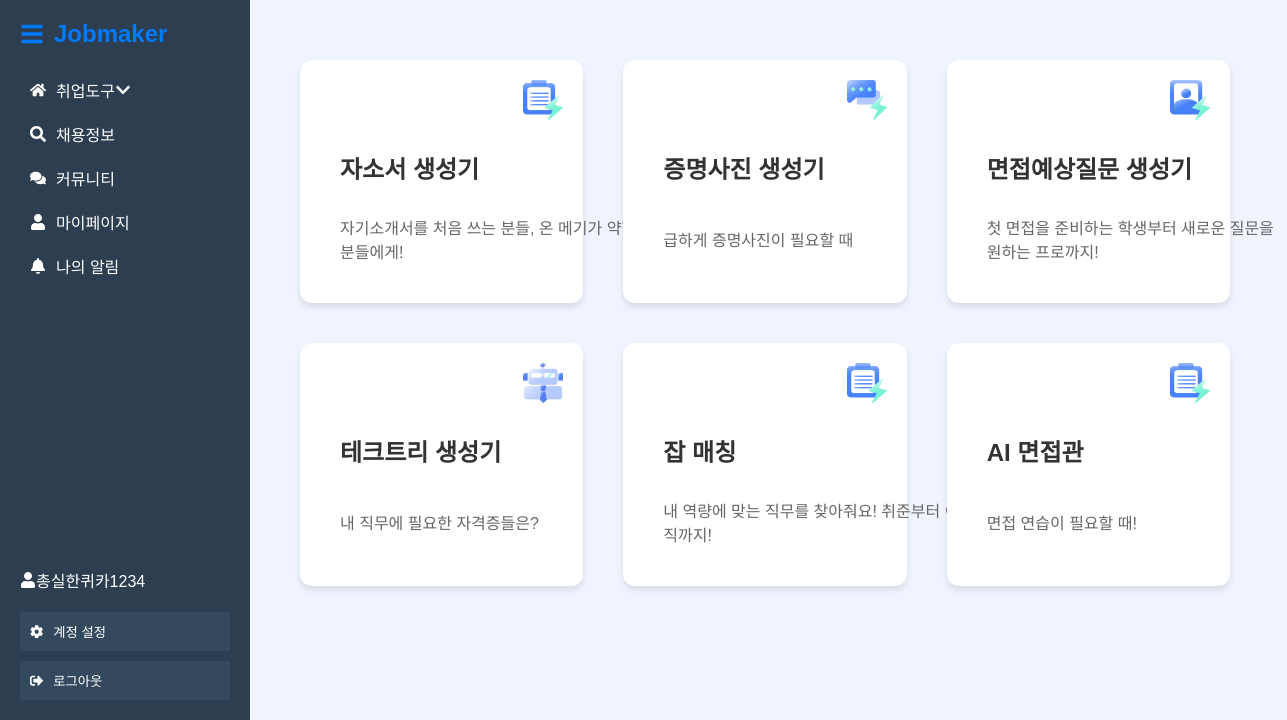
Repository: HSfac/jobmaker
Page: /main
An editor plug-in stored every save of this project. The page is shown before and after the next save, followed by the edit.
The browser window is 1280 px wide. The page is 1287 px wide, so the pictures cover 1287 px, including what lies to the right of the window. The pictures show the whole page.
The project was rebuilt for these pictures with package versions that can differ from the ones it lists, and the page was loaded fresh each time. Also part of the build but not shown: src/components/Header.jsx, src/components/Footer.css, src/components/Footer.jsx, src/pages/LandingPage.jsx, src/pages/InfosPage.jsx, src/pages/CommunityPage.jsx, src/pages/MyPage.jsx, src/components/SocialLoginButton.css and 15 more.

Above is the page before, as saved 2024-07-13 18:03:56.

### src/App.js
import React from 'react';
import { BrowserRouter as Router, Route, Routes } from 'react-router-dom';
import MainPage from './pages/MainPage';
import LandingPage from './pages/LandingPage';
import InfosPage from './pages/InfosPage';
import CommunityPage from './pages/CommunityPage';
import MyPage from './pages/MyPage';
import LoginPage from './pages/LoginPage';
import SignupPage from './pages/SignupPage';
import EmailSignupPage from './pages/EmailSignupPage';

import ResumeGeneratorPage from './pages/tools/ResumeGeneratorPage';
import PhotoGeneratorPage from './pages/tools/PhotoGeneratorPage';
import InterviewQuestionsGeneratorPage from './pages/tools/InterviewQuestionsGeneratorPage';
import TechTreeGeneratorPage from './pages/tools/TechTreeGeneratorPage';
import JobMatchingPage from './pages/tools/JobMatchingPage';
import AIInterviewerPage from './pages/tools/AIInterviewerPage';

import MainLayout from './layouts/MainLayout'; // 새로 생성한 레이아웃 컴포넌트
import './App.css';

function App() {
  return (
    <Router>
      <div className="App">
        <Routes>
          <Route path="/" element={<LandingPage />} />
          <Route path="/login" element={<LoginPage />} />
          <Route path="/signup" element={<SignupPage />} />
          <Route path="/email-signup" element={<EmailSignupPage />} />
          <Route element={<MainLayout />}>
            <Route path="/main" element={<MainPage />} />
            <Route path="/infos" element={<InfosPage />} />
            <Route path="/community" element={<CommunityPage />} />
            <Route path="/mypage" element={<MyPage />} />
            <Route path="/tools/resume-generator" element={<ResumeGeneratorPage />} />
            <Route path="/tools/photo-generator" element={<PhotoGeneratorPage />} />
            <Route path="/tools/interview-questions-generator" element={<InterviewQuestionsGeneratorPage />} />
            <Route path="/tools/tech-tree-generator" element={<TechTreeGeneratorPage />} />
            <Route path="/tools/job-matching" element={<JobMatchingPage />} />
            <Route path="/tools/ai-interviewer" element={<AIInterviewerPage />} />
          </Route>
        </Routes>
      </div>
    </Router>
  );
}

export default App;

### src/pages/MainPage.jsx
import React from 'react';
import ToolCard from '../components/ToolCard';
import './MainPage.css';

// 이미지 파일 import
import icon1 from '../assets/images/icons/icon2.png';
import icon2 from '../assets/images/icons/icon3.png';
import icon3 from '../assets/images/icons/icon4.png';
import icon4 from '../assets/images/icons/icon5.png';
import icon5 from '../assets/images/icons/icon2.png';
import icon6 from '../assets/images/icons/icon2.png';

const tools = [
  {
    title: "자소서 생성기",
    description: "자기소개서를 처음 쓰는 분들, 온 메기가 약한 분들에게!",
    image: icon1,
    link: "/tools/resume-generator",
  },
  {
    title: "증명사진 생성기",
    description: "급하게 증명사진이 필요할 때",
    image: icon2,
    link: "/tools/photo-generator",
  },
  {
    title: "면접예상질문 생성기",
    description: "첫 면접을 준비하는 학생부터 새로운 질문을 원하는 프로까지!",
    image: icon3,
    link: "/tools/interview-questions-generator",
  },
  {
    title: "테크트리 생성기",
    description: "내 직무에 필요한 자격증들은?",
    image: icon4,
    link: "/tools/tech-tree-generator",
  },
  {
    title: "잡 매칭",
    description: "내 역량에 맞는 직무를 찾아줘요! 취준부터 이직까지!",
    image: icon5,
    link: "/tools/job-matching",
  },
  {
    title: "AI 면접관",
    description: "면접 연습이 필요할 때!",
    image: icon6,
    link: "/tools/ai-interviewer",
  },
];

const MainPage = () => {
  return (
    <div className="main-page">
      <div className="content">
        {tools.map((tool, index) => (
          <ToolCard
            key={index}
            title={tool.title}
            description={tool.description}
            image={tool.image}
            link={tool.link}
          />
        ))}
      </div>
    </div>
  );
};

export default MainPage;

### src/layouts/MainLayout.jsx
import React from 'react';
import { Outlet } from 'react-router-dom';
import Sidebar from '../components/Sidebar';
//import './MainLayout.css';

const MainLayout = () => {
  return (
    <div className="main-layout">
      <Sidebar />
      <div className="page-content">
        <Outlet />
      </div>
    </div>
  );
};

export default MainLayout;

### src/App.css
.App {
  font-family: sans-serif;
  text-align: center;
  height: 100vh;
  display: flex;
  flex-direction: column;
}

.main-content {
  display: flex;
  flex: 1;
}

.page-content {
  flex: 1;
  padding: 20px;
  margin-left: 250px; /* 사이드바의 넓이만큼 왼쪽 여백을 설정 */
  transition: margin-left 0.3s;
}

.sidebar.closed + .page-content {
  margin-left: 80px; /* 사이드바가 닫혔을 때 여백 설정 */
}

### src/components/ToolCard.jsx
import React from 'react';
import { useNavigate } from 'react-router-dom';
import './ToolCard.css';

const ToolCard = ({ title, description, image, link }) => {
  const navigate = useNavigate();

  const handleClick = () => {
    navigate(link);
  };

  return (
    <div className="tool-card" onClick={handleClick}>
      <div className="card-header">
        <img src={image} alt={title} className="icon" />
      </div>
      <div className="content">
        <h3>{title}</h3>
        <p>{description}</p>
      </div>
    </div>
  );
};

export default ToolCard;

### src/pages/MainPage.css
.main-page {
  display: flex;
  justify-content: center;
  align-items: center;
  width: 100%;
}

.content {
  display: grid;
  grid-template-columns: repeat(auto-fit, minmax(300px, 1fr));
  gap: 20px;
  width: 100%;
  max-width: 1200px;
  padding: 20px;
  box-sizing: border-box;
}

### src/pages/LandingPage.css
/* LandingPage.css */

@font-face {
  font-family: 'Pretendard';
  src: url('../assets/fonts/Pretendard-Regular.ttf') format('truetype');
  font-weight: 400;
}

@font-face {
  font-family: 'Pretendard';
  src: url('../assets/fonts/Pretendard-SemiBold.ttf') format('truetype');
  font-weight: 600;
}
:root {
  --bg-color: #f0f4ff;
  --text-color: #333;
  --primary-color: #3a73e1;
  --secondary-color: #fff;
  --question-bg-color: #4a90e2;
}

[data-theme="dark"] {
  --bg-color: #121212;
  --text-color: #e0e0e0;
  --primary-color: #bb86fc;
  --secondary-color: #333;
  --question-bg-color: #3700b3;
}

body {
  background-color: var(--bg-color);
  color: var(--text-color);
  margin: 0;
  padding: 0;
  font-family: 'Pretendard', sans-serif;
}

.landing-page {
  display: flex;
  flex-direction: column;
  min-height: 100vh;
}

.main-content {
  flex: 1;
  display: flex;
  flex-direction: column;
  align-items: center;
  background-color: var(--primary-color);
  color: var(--secondary-color);
}

.hero {
  display: flex;
  justify-content: space-between;
  align-items: center;
  max-width: 1200px;
  width: 100%;
  padding: 50px;
}


.hero-text h1 {
  font-size: 4em; /* Increased font size */
  font-family: 'Pretendard', sans-serif;
  font-weight: 600; /* SemiBold */
  margin-bottom: 20px;
}

.hero-text p {
  font-family: 'Pretendard', sans-serif;
  font-weight: 400; /* Regular */
}

.hero-text button.primary {
  background-color: var(--secondary-color);
  color: var(--primary-color);
  padding: 10px 20px;
  border: none;
  border-radius: 5px;
  font-size: 1.2em;
  cursor: pointer;
  transition: border-color 0.3s;
}

.hero-text button.primary:hover {
  border: 2px solid var(--primary-color);
}

.hero-images {
  flex: 1;
  display: flex;
  justify-content: center;
  align-items: center;


}

.hero-images img {
  max-width: 100%;
  height: auto;

}

.second-section {
  width: 100%;
  font-size: 1.5em;
  padding: 50px 20px;
  background-color: var(--bg-color);
  color: var(--text-color);
  text-align: center;
  position: relative;
  overflow: hidden;
  font-weight: 700; /* SemiBold */
}

.second-section h2 {
  color: var(--primary-color);
  font-size: 1.5em;
  font-weight: 700; /* SemiBold */
}

.sliding-images {
  display: flex;
  flex-direction: column;
  align-items: center;
  justify-content: center;
  height: 280px; /* Adjust as needed */
  position: relative;
}

.sliding-images img {
  width: 300%; /* Make the images smaller */
  position: absolute;
  animation-duration: 30s; /* Slow down the animation */
  animation-timing-function: linear;
  animation-iteration-count: infinite;
}

.sliding-images img:nth-child(1) {
  top: 0;
  left: -100%;
  animation-name: slide-in-left;
}

.sliding-images img:nth-child(2) {
  top: 50%;
  left: 100%;
  animation-name: slide-in-right;
}

@keyframes slide-in-left {
  0%, 100% {
    left: -100%;
  }
  50% {
    left: 100%;
  }
}

@keyframes slide-in-right {
  0%, 100% {
    left: 100%;
  }
  50% {
    left: -100%;
  }
}

.generators {
  display: flex;
  justify-content: space-around;
  flex-wrap: wrap;
}

.generator-card {
  background-color: var(--secondary-color);
  color: var(--primary-color);
  border-radius: 10px;
  padding: 20px;
  margin: 10px;
  width: 200px;
  cursor: pointer;
  transition: transform 0.2s;
}

.generator-card:hover {
  transform: scale(1.05);
}

.generator-card h3 {
  margin-top: 0;
}

.generator-card p {
  margin: 10px 0 0;
  font-size: 20px;
}

/* 기존 CSS 생략 */

.third-section {

  width: 100%;
  padding: 10px 20px;
  background-color: var(--bg-color);
  color: var(--text-color);
  text-align: center;

}

.third-section h2 {
  font-size: 2.2em;
  color: var(--primary-color);
  font-weight: 700; /* SemiBold */
}

.third-section h3 {
  font-size: 1em;
  font-weight: 600; /* SemiBold */
}

.example-container {
  display: flex;
  flex-wrap: wrap;
  justify-content: center;
  gap: 20px;
  margin-top: 20px;
  flex-direction: column; /* 세로로 배치 */
}

.example-image.left {
  align-self: flex-start;
  margin: 0 50px; /* 이미지 양옆 여백 설정 */
  animation: slide-left 5s infinite;
}

.example-image.center1 {
  align-self: center;
  margin: 0 50px; /* 이미지 양옆 여백 설정 */
}

.example-image.right {
  align-self: flex-end;
  margin: 0 50px; /* 이미지 양옆 여백 설정 */
  animation: slide-right 5s infinite;
}

.example-image.center2 {
  align-self: center;
  margin: 0 50px; /* 이미지 양옆 여백 설정 */
}

@keyframes slide-left {
  0% {
    transform: translateX(0);
  }
  50% {
    transform: translateX(-20px); /* 원하는 슬라이드 거리 설정 */
  }
  100% {
    transform: translateX(0);
  }
}

@keyframes slide-right {
  0% {
    transform: translateX(0);
  }
  50% {
    transform: translateX(20px); /* 원하는 슬라이드 거리 설정 */
  }
  100% {
    transform: translateX(0);
  }
}

/* 기존 CSS 생략 */




.fourth-section {
  width: 100%;
  padding: 50px 20px;
  background-color: var(--bg-color);
  color: var(--text-color);
  text-align: center;
}

.fourth-section h2 {
  font-size: 2.2em;
  color: var(--primary-color);
  font-weight: 700; /* SemiBold */
  margin-bottom: 10px;
}

.fourth-section h3 {
  font-size: 26px;
  font-weight: 700; /* SemiBold */
  margin-bottom: 30px;
}

.sliding-tags {
  overflow: hidden;
  white-space: nowrap;
  box-sizing: border-box;
}

.tags-wrapper {
  display: inline-block;
  animation: slide 45s linear infinite;

}

.tag {
  font-size: 20px;
  display: inline-block;
  background-color: var(--primary-color);
  color: var(--secondary-color);
  padding: 20px 40px;
  margin: 0 10px;
  border-radius: 500px;
  font-weight: 600; /* SemiBold */
}

@keyframes slide {
  0% {
    transform: translateX(100%);
  }
  100% {
    transform: translateX(-100%);
  }
}

.fifth-section {
  width: 100%;
  padding: 50px 20px;
  background-color: var(--bg-color);
  color: var(--text-color);
  text-align: center;
}

.fifth-section h2 {
  margin-top: 70px;
  font-size: 2.2em;
  color: var(--primary-color);
  font-weight: 700; /* SemiBold */
}

.fifth-section h3 {
  font-size: 26px;
  font-weight: 700; /* SemiBold */
  margin-top: 10px;
  margin-bottom: 30px;
}

.pricing-plans {
  display: flex;
  justify-content: center;
  gap: 25px;
  flex-wrap: wrap;
  margin-bottom: 200px;
}

.plan {
  background-color: var(--secondary-color);
  color: var(--primary-color);
  border-radius: 10px;
  padding: 20px;
  margin: 10px;
  width: 250px;
  text-align: center;
}

.plan h3 {
  margin-top: 0;
}

.plan p {
  font-size: 20px;
  font-weight: 700; /* SemiBold */
}

.plan ul {
  list-style: none;
  padding: 0;
}

.plan ul li {
  margin: 10px 0;
}

.plan button.primary {
  background-color: var(--secondary-color);
  color: var(--primary-color);
  padding: 10px 20px;
  border: 2px solid var(--primary-color);
  border-radius: 5px;
  font-size: 1.2em;
  cursor: pointer;
  transition: background-color 0.3s, color 0.3s;
}

.plan button.primary:hover {
  background-color: var(--primary-color);
  color: var(--secondary-color);
}

.footer {
  background-color: var(--primary-color);
  color: var(--secondary-color);
  padding: 20px;
  text-align: center;
  position: relative;
  bottom: 0;
  width: 100%;
  margin-top: auto;
}

### src/components/Sidebar.jsx
import React, { useState } from 'react';
import { FaHome, FaSearch, FaComments, FaUser, FaBell, FaCog, FaSignOutAlt, FaBars, FaChevronDown, FaChevronUp } from 'react-icons/fa';
import { Link } from 'react-router-dom';
import './Sidebar.css';
import AlertModal from './AlertModal';

const Sidebar = () => {
  const [isOpen, setIsOpen] = useState(true);
  const [isToolsOpen, setIsToolsOpen] = useState(false);
  const [isModalOpen, setIsModalOpen] = useState(false);

  const toggleSidebar = () => {
    setIsOpen(!isOpen);
  };

  const toggleToolsMenu = () => {
    setIsToolsOpen(!isToolsOpen);
  };

  const toggleModal = () => {
    setIsModalOpen(!isModalOpen);
  };

  return (
    <div className={`sidebar ${isOpen ? 'open' : 'closed'}`}>
      <div className="logo" onClick={toggleSidebar}>
        <FaBars />
        {isOpen && <span>Jobmaker</span>}
      </div>
      <ul className="menu">
        <li>
          <div className="menu-item" onClick={toggleToolsMenu}>
            <FaHome />
            {isOpen && <span>취업도구</span>}
            {isOpen && (isToolsOpen ? <FaChevronUp /> : <FaChevronDown />)}
          </div>
          {isToolsOpen && (
            <ul className="submenu">
              <li>
                <Link to="/tools/resume-generator">
                  {isOpen && <span>자소서 생성기</span>}
                </Link>
              </li>
              <li>
                <Link to="/tools/photo-generator">
                  {isOpen && <span>증명사진 생성기</span>}
                </Link>
              </li>
              <li>
                <Link to="/tools/interview-questions-generator">
                  {isOpen && <span>면접예상질문 생성기</span>}
                </Link>
              </li>
              <li>
                <Link to="/tools/tech-tree-generator">
                  {isOpen && <span>테크트리 생성기</span>}
                </Link>
              </li>
              <li>
                <Link to="/tools/job-matching">
                  {isOpen && <span>잡 매칭</span>}
                </Link>
              </li>
              <li>
                <Link to="/tools/ai-interviewer">
                  {isOpen && <span>AI 면접관</span>}
                </Link>
              </li>
            </ul>
          )}
        </li>
        <li>
          <Link to="/infos">
            <FaSearch />
            {isOpen && <span>채용정보</span>}
          </Link>
        </li>
        <li>
          <Link to="/community">
            <FaComments />
            {isOpen && <span>커뮤니티</span>}
          </Link>
        </li>
        <li>
          <Link to="/mypage">
            <FaUser />
            {isOpen && <span>마이페이지</span>}
          </Link>
        </li>
        <li className="menu-item" onClick={toggleModal} style={{ cursor: 'pointer' }}>
          <FaBell />
          {isOpen && <span>나의 알림</span>}
        </li>
      </ul>
      <div className="user-info">
        <div className="username">
          <FaUser />
          {isOpen && <span>총실한퀴카1234</span>}
        </div>

        <div className="settings">
          <button className="settings-btn">
            <FaCog />
            {isOpen && <span>계정 설정</span>}
          </button>
          <button className="logout-btn">
            <FaSignOutAlt />
            {isOpen && <span>로그아웃</span>}
          </button>
        </div>
      </div>
      {isModalOpen && <AlertModal onClose={toggleModal} />}
    </div>
  );
};

export default Sidebar;

### src/components/ToolCard.css
.tool-card {
  background-color: #ffffff;
  border-radius: 12px;
  padding: 20px;
  margin: 10px;
  display: flex;
  flex-direction: column;
  align-items: flex-start;
  cursor: pointer;
  box-shadow: 0 4px 6px rgba(0, 0, 0, 0.1);
  transition: transform 0.3s, box-shadow 0.3s;
}

.tool-card:hover {
  transform: translateY(-5px);
  box-shadow: 0 8px 12px rgba(0, 0, 0, 0.15);
}

.card-header {
  width: 100%;
  display: flex;
  justify-content: flex-end;
}

.icon {
  width: 40px;
  height: 40px;
}

.content {
  flex-grow: 1;
  text-align: left;
  width: 100%;
  margin-top: 10px;
}

h3 {
  margin: 0 0 10px;
  font-size: 24px;
  font-weight: 700;
  color: #333;
}

p {
  margin: 0;
  font-size: 16px;
  color: #666;
}

### src/components/Header.css
.header {
  display: flex;
  justify-content: space-between;
  align-items: center;
  padding: 10px 20px;
  background-color: #f8f9fa;
  border-bottom: 1px solid #e0e0e0;
}

.logo {
  font-size: 24px;
  font-weight: bold;
  color: #007bff;
}

.nav-links a {
  margin-left: 10px;
  color: #333;
  text-decoration: none;
}

.nav-links a:hover {
  text-decoration: underline;
}

### src/components/Sidebar.css
.sidebar {
  width: 250px;
  height: 100vh;
  background-color: #2c3e50;
  color: white;
  padding: 20px;
  box-sizing: border-box;
  display: flex;
  flex-direction: column;
  justify-content: space-between;
  transition: width 0.3s;
  position: fixed;
  top: 0;
  left: 0;
  overflow-y: auto; /* Add scrollbar if content exceeds height */
}

.sidebar.closed {
  width: 80px;
}

.logo {
  font-size: 24px;
  font-weight: bold;
  margin-bottom: 20px;
  cursor: pointer;
  display: flex;
  align-items: center;
}

.logo span {
  margin-left: 10px;
}

.menu {
  list-style: none;
  padding: 0;
  margin: 0;
}

.menu li {
  margin: 0;
}

.menu-item, .menu li a {
  display: flex;
  align-items: center;
  color: white;
  text-decoration: none;
  padding: 10px;
  width: 100%;
  box-sizing: border-box;
  transition: background-color 0.3s;
}

.menu-item:hover, .menu li a:hover {
  background-color: #34495e;
}

.menu-item {
  cursor: pointer;

}

.menu li span {
  margin-left: 10px;

}

.submenu {
  list-style: none;
  padding: 0;
  margin: 0;
}

.submenu li {
  margin: 0;
}

.submenu li a {
  padding: 10px 10px 10px 30px; /* Indentation for submenu items */
  display: flex;
  align-items: center;
  color: white;
  text-decoration: none;
  transition: background-color 0.3s;
}

.submenu li a:hover {
  background-color: #34495e;
}

.user-info {
  margin-top: auto;
}

.username {
  display: flex;
  align-items: center;
  margin-bottom: 10px;
}

.email {
  margin-bottom: 10px;
}

.settings {
  display: flex;
  flex-direction: column;
}

.settings-btn, .logout-btn {
  display: flex;
  align-items: center;
  width: 100%;
  margin-top: 10px;
  padding: 10px;
  background-color: #34495e;
  color: white;
  border: none;
  cursor: pointer;
  transition: background-color 0.3s;
}

.settings-btn:hover, .logout-btn:hover {
  background-color: #3d566e;
}

.settings-btn span, .logout-btn span {
  margin-left: 10px;
}

Loaded but not shown: public/index.html (common file); src/index.js (common file); src/index.css (common file); src/reportWebVitals.js (common file)

After the next save:
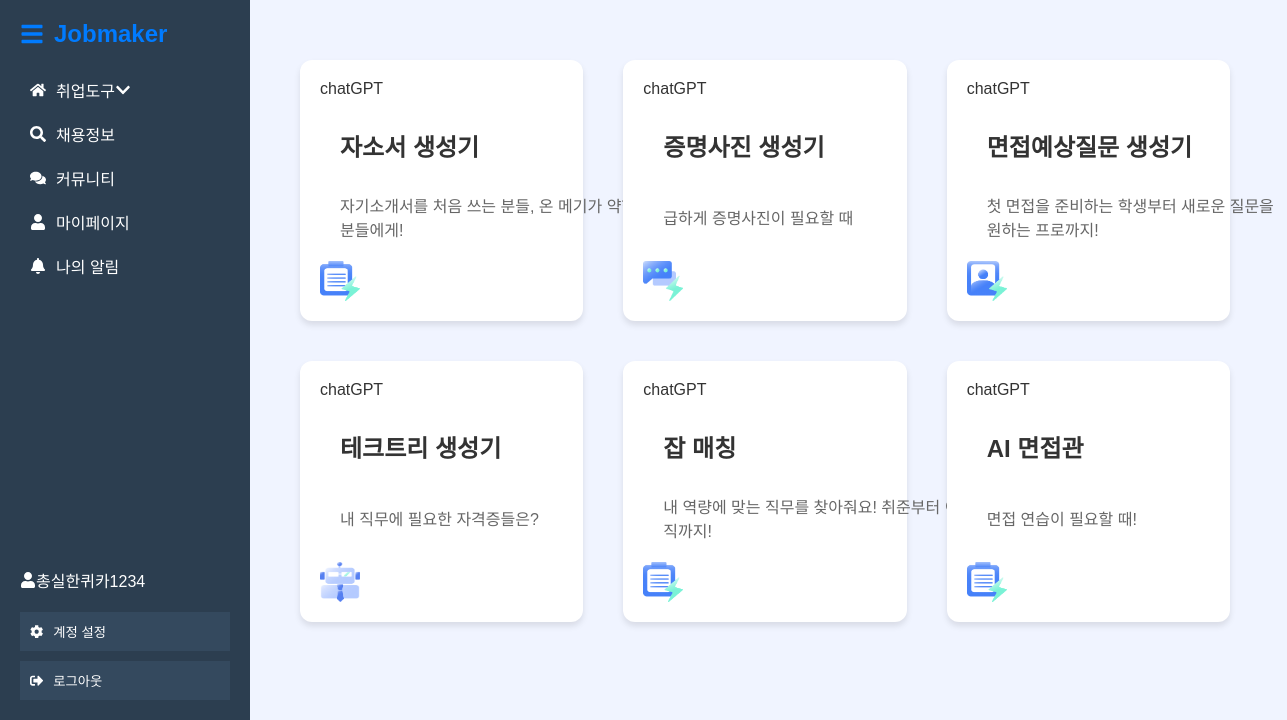
Saved 3 min 28 s later.
--- a/src/components/ToolCard.jsx
+++ b/src/components/ToolCard.jsx
@@ -11,13 +11,12 @@ const ToolCard = ({ title, description, image, link }) => {
 
   return (
     <div className="tool-card" onClick={handleClick}>
-      <div className="card-header">
-        <img src={image} alt={title} className="icon" />
-      </div>
+      <div className="badge">chatGPT</div>
       <div className="content">
         <h3>{title}</h3>
         <p>{description}</p>
       </div>
+      <img src={image} alt={title} className="icon" />
     </div>
   );
 };
